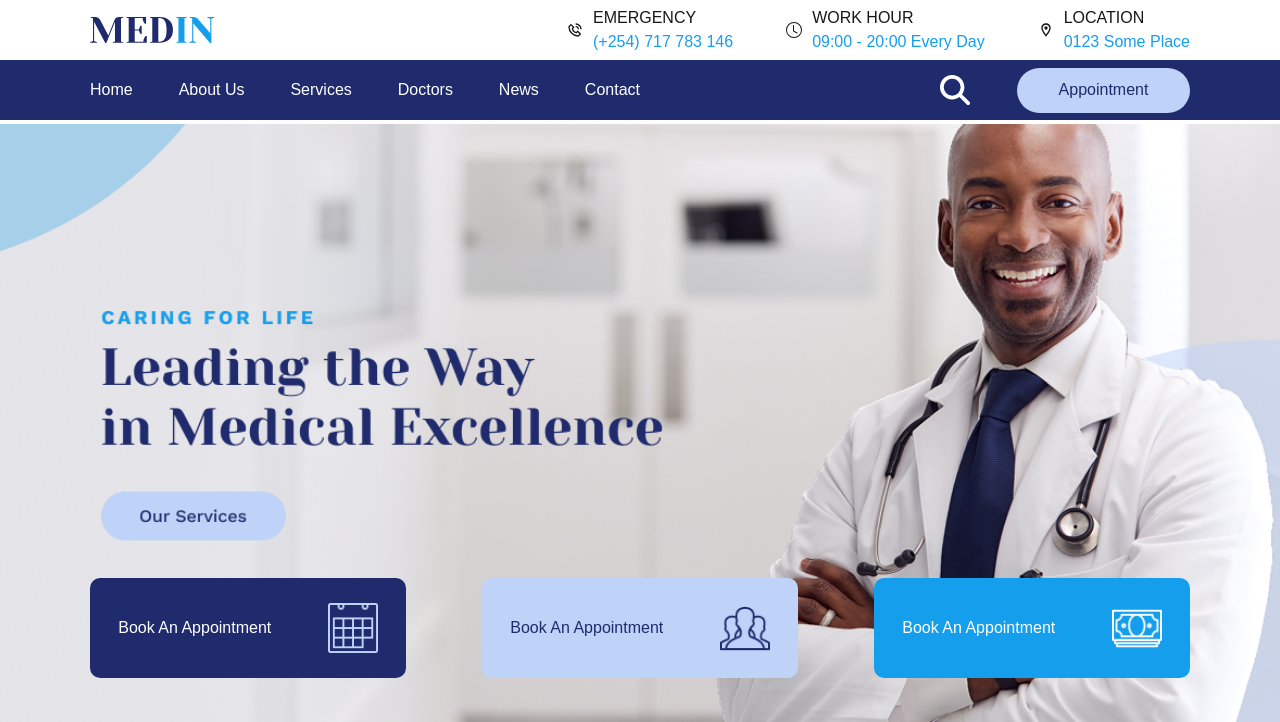
Repository: SynHK3/Poc_Hospital
Page: /home (app in fe_hospital/)
An editor plug-in stored every save of this project. The page is shown before and after the next save, followed by the edit.
The browser window is 1280 px wide. The pictures show the whole page.
The project was rebuilt for these pictures with package versions that can differ from the ones it lists, and the page was loaded fresh each time. The framework's server and built-in components were replaced by stand-ins that run in the browser. Also part of the build but not shown: fe_hospital/next.config.ts.

Above is the page before, as saved 2025-09-02 14:43:37.

After the next save:
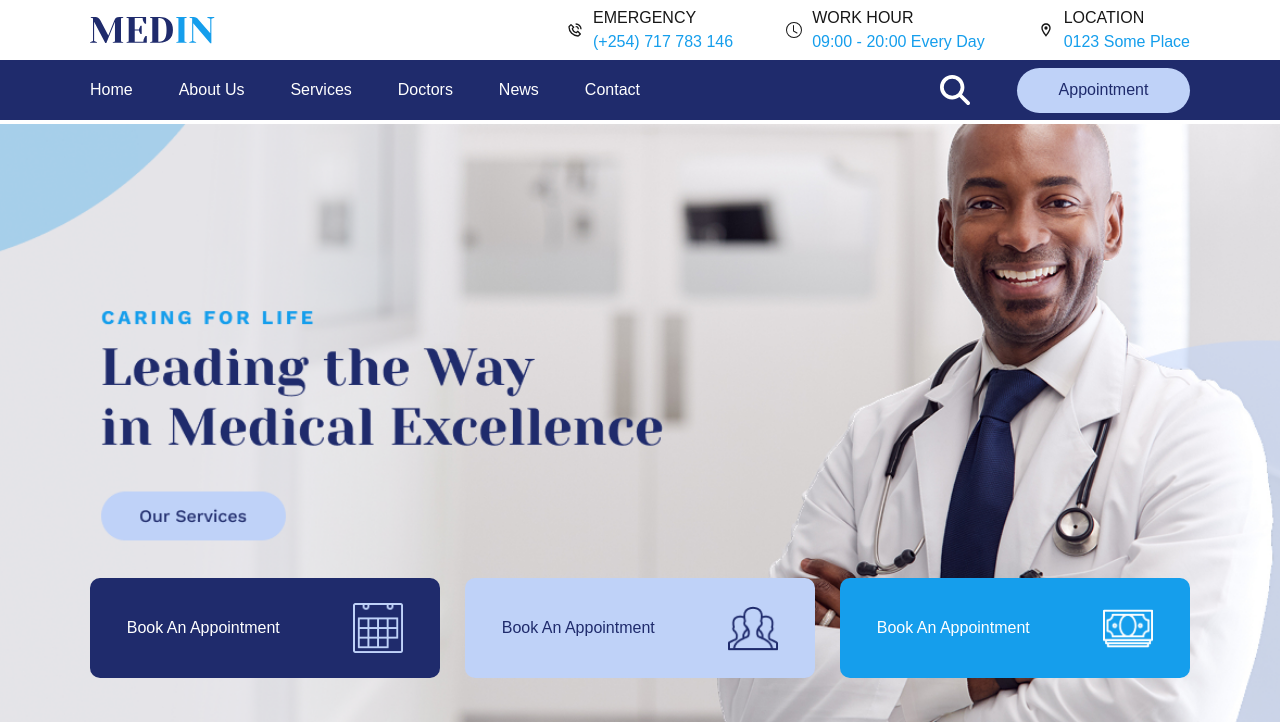
Saved 46 s later.
--- a/fe_hospital/src/app/home/home.css
+++ b/fe_hospital/src/app/home/home.css
@@ -18,7 +18,7 @@
   justify-content: space-around;
   align-items: center;
   color: white;
-  width: 316px;
+  width: 350px;
   height: 100px;
   background-color: #1f2b6c;
   border-radius: 10px;
